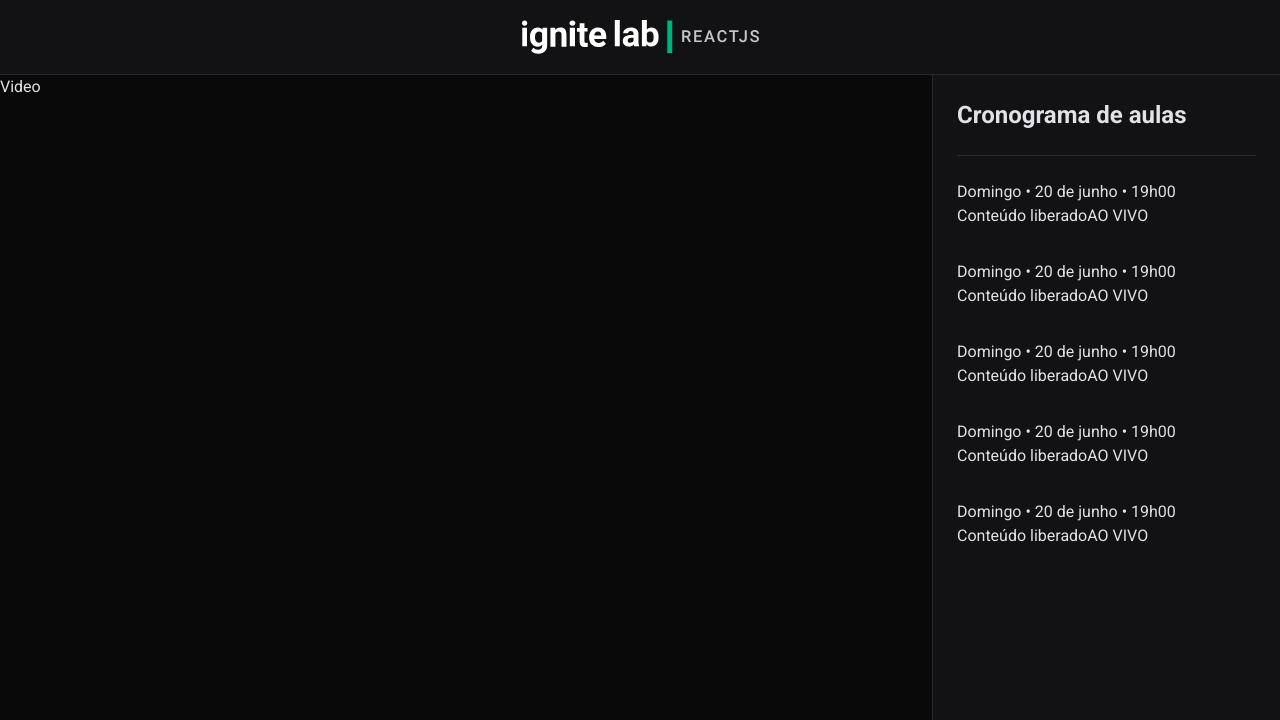
Repository: XFERRER7/Ignite-lab
Page: /
An editor plug-in stored every save of this project. The page is shown before and after the next save, followed by the edit.
The browser window is 1280 px wide. The pictures show the whole page.
The project was rebuilt for these pictures with package versions that can differ from the ones it lists, and the page was loaded fresh each time. Also part of the build but not shown: vite.config.ts.

Above is the page before, as saved 2022-06-23 07:16:31.

### index.html
<!DOCTYPE html>
<html>
  <head>
    <meta charset="UTF-8" />
    <link rel="icon" type="image/svg+xml" href="/src/favicon.svg" />
    <meta name="viewport" content="width=device-width, initial-scale=1.0" />
    <title>Event Platform</title>
    <link rel="preconnect" href="https://fonts.googleapis.com">
<link rel="preconnect" href="https://fonts.gstatic.com" crossorigin>
<link href="https://fonts.googleapis.com/css2?family=Roboto:wght@400;500;700&display=swap" rel="stylesheet">
  </head>
  <body>
    <div id="root"></div>
    <script type="module" src="/src/main.tsx"></script>
  </body>
</html>

### src/main.tsx
import { ApolloProvider } from '@apollo/client'
import React from 'react'
import ReactDOM from 'react-dom/client'
import App from './App'
import { client } from './lib/apollo'
import './styles/Global.css'

ReactDOM.createRoot(document.getElementById('root')!).render(
  <React.StrictMode>
    <ApolloProvider client={client}>
    <App />
    </ApolloProvider>
  </React.StrictMode>
)

### src/App.tsx
import { Header } from "./components/Header"
import { Lesson } from "./components/Lesson"
import { SideBar } from "./components/SideBar"
import { Video } from "./components/Video"
import { Event } from "./pages/Event"

function App() {

  return (
    <div>
      <Event/>
    </div>
  )
}

export default App

### src/lib/apollo.ts
import { ApolloClient, InMemoryCache } from "@apollo/client";

export const client = new ApolloClient({
  uri: 'https://api-sa-east-1.graphcms.com/v2/cl4oe0npq21lo01xi4o5e7kb5/master',
  cache: new InMemoryCache()
})

### src/styles/Global.css
@tailwind base;
@tailwind components;
@tailwind utilities;

body {
  @apply text-gray-100 bg-gray-900;
  -webkit-font-smoothing: antialiased;
}

### src/pages/Event.tsx
import React from 'react'
import { Header } from '../components/Header'
import { SideBar } from '../components/SideBar'
import { Video } from '../components/Video'

export const Event = () => {
  return (
    <>
    <div className='flex flex-col min-h-screen'>
      <Header/>
      <main className='flex flex-1'>
      <Video/>
      <SideBar/>
      </main>
    </div>

    </>
  )
}

### src/components/Header.tsx
import React from 'react'
import { Logo } from './Logo'

export const Header = () => {
  return (
    <header className='w-full py-5 flex items-center justify-center bg-gray-700 border-b border-gray-600'>
      <Logo/>
    </header>
  )
}

### src/components/SideBar.tsx
import React from 'react'
import { Lesson } from './Lesson'

export const SideBar = () => {
  return (
    <aside className='w-[348px] bg-gray-700 p-6 border-l border-gray-600'>
      <span className='font-bold text-2xl pb-6 mb-6 border-b border-gray-600 block'>Cronograma de aulas</span>

      <div className='flex flex-col gap-8'>
        <Lesson/>
        <Lesson/>
        <Lesson/>
        <Lesson/>
        <Lesson/>
      </div>
    </aside>
  )
}

### src/components/Video.tsx
import React from 'react'

export const Video = () => {
  return (
    <div className='flex-1'>Video</div>
  )
}

### src/components/Logo.tsx
import React from "react";

export function Logo() {
  return (
    <svg
      xmlns="http://www.w3.org/2000/svg"
      width="237"
      height="34"
      fill="none"
      viewBox="0 0 237 34"
    >
      <path
        fill="#fff"
        d="M.002 3.112a2.49 2.49 0 01.165-.987c.12-.314.304-.595.535-.83A2.906 2.906 0 012.615.572c.698 0 1.374.257 1.912.723.23.24.412.524.536.837a2.701 2.701 0 010 1.979 2.568 2.568 0 01-.536.837 2.889 2.889 0 01-1.907.723 2.901 2.901 0 01-1.908-.723 2.458 2.458 0 01-.538-.84 2.645 2.645 0 01-.172-.996zm4.96 23.146H.273V7.862h4.689v18.397zM8.012 16.973c0-2.853.686-5.145 2.055-6.883a6.653 6.653 0 015.528-2.606 5.869 5.869 0 014.802 2.09l.2-1.751h4.538v17.95a7.891 7.891 0 01-1.12 4.246 7.243 7.243 0 01-3.147 2.752 11.155 11.155 0 01-4.742.94c-1.378 0-2.74-.279-4.008-.812a7.08 7.08 0 01-2.946-2.11l2.208-3.02a5.905 5.905 0 004.543 2.08 4.356 4.356 0 003.104-1.059 3.938 3.938 0 001.103-2.993v-.994a5.775 5.775 0 01-4.555 1.935 6.647 6.647 0 01-3.05-.652 6.615 6.615 0 01-2.408-1.967c-1.397-1.752-2.085-4.089-2.085-6.942v-.21h-.025l.005.006zm4.997.355a6.723 6.723 0 001.026 3.956 3.233 3.233 0 002.799 1.443c.651.045 1.3-.088 1.878-.39a3.52 3.52 0 001.396-1.305v-7.825a3.448 3.448 0 00-1.374-1.305 3.504 3.504 0 00-1.86-.39 3.28 3.28 0 00-1.61.365 3.22 3.22 0 00-1.219 1.103c-.688.975-1.036 2.418-1.036 4.348zM33.098 7.833l.158 2.196a6.527 6.527 0 012.371-1.927 6.38 6.38 0 012.971-.62c1.97 0 3.438.597 4.39 1.79.953 1.194 1.456 2.936 1.486 5.293v12.249h-4.962V14.683a3.367 3.367 0 00-.684-2.344 3.086 3.086 0 00-1.069-.598 3.008 3.008 0 00-1.211-.13 3.349 3.349 0 00-1.821.454c-.553.32-1.01.794-1.313 1.367v13.37H28.45V7.845l4.647-.012zM47.512 3.112a2.304 2.304 0 01.185-.988 2.42 2.42 0 01.59-.831A3.439 3.439 0 0150.404.57c.772 0 1.52.256 2.117.723.508.486.792 1.142.792 1.826 0 .683-.284 1.34-.792 1.826a3.417 3.417 0 01-2.11.723c-.77 0-1.517-.257-2.11-.723a2.47 2.47 0 01-.594-.839 2.342 2.342 0 01-.19-.994h-.005zm5.483 23.149h-5.18V7.86h5.18v18.4zM62.454 3.334v4.612h3.107v3.677h-3.107v9.382c-.05.53.091 1.063.395 1.495a1.824 1.824 0 001.473.45c.476.002.95-.035 1.421-.114v3.803a9.672 9.672 0 01-2.939.449c-3.398 0-5.128-1.775-5.19-5.32V11.644h-2.642V7.968h2.643V3.356h4.841v-.025l-.002.003zM76.487 27.08a9.277 9.277 0 01-6.759-2.55c-1.74-1.699-2.605-3.957-2.605-6.797v-.494a11.295 11.295 0 011.098-5.08 8.141 8.141 0 013.111-3.465 8.72 8.72 0 014.59-1.22c2.577 0 4.62.815 6.098 2.449 1.478 1.633 2.226 3.94 2.226 6.929v2.055h-12.01a4.665 4.665 0 001.473 2.971 4.487 4.487 0 003.111 1.111 5.426 5.426 0 004.548-2.115l2.476 2.781a7.506 7.506 0 01-3.07 2.507 9.81 9.81 0 01-4.287.916v.002zm-.594-15.514a3.127 3.127 0 00-2.428 1.012 5.405 5.405 0 00-1.188 2.912h7.006v-.405a3.749 3.749 0 00-.908-2.608 3.252 3.252 0 00-2.45-.908h-.03l-.002-.003zM97.771 26.259h-4.957V0h4.957V26.26zM112.209 26.259c-.227-.444-.392-.997-.496-1.659-1.196 1.333-2.751 2.002-4.666 2.002-1.811 0-3.314-.523-4.504-1.572-1.191-1.049-1.786-2.372-1.786-3.966 0-1.96.725-3.464 2.179-4.513 1.453-1.049 3.553-1.58 6.3-1.59h2.273v-1.06c0-.854-.22-1.54-.659-2.051-.44-.513-1.131-.77-2.078-.77-.832 0-1.486.2-1.957.6-.474.4-.708.945-.708 1.64h-4.941c0-1.07.331-2.062.992-2.973.662-.91 1.597-1.626 2.804-2.144 1.206-.518 2.564-.778 4.069-.778 2.28 0 4.089.573 5.429 1.718 1.34 1.145 2.009 2.756 2.009 4.83v8.017c.012 1.754.256 3.082.735 3.983v.29h-4.992l-.003-.004zm-4.086-3.435c.728 0 1.402-.163 2.016-.486.614-.326 1.071-.76 1.367-1.308v-3.181h-1.846c-2.472 0-3.79.854-3.948 2.564l-.017.291c0 .614.217 1.123.649 1.523.434.4 1.026.6 1.779.6v-.003zM136.58 17.183c0 2.963-.632 5.273-1.898 6.931-1.265 1.659-3.032 2.488-5.3 2.488-2.006 0-3.608-.77-4.805-2.308l-.222 1.967h-4.444V.001h4.94v9.418c1.14-1.332 2.638-2 4.496-2 2.256 0 4.025.828 5.308 2.487 1.283 1.658 1.923 3.992 1.923 7v.274l.002.003zm-4.94-.358c0-1.868-.296-3.233-.889-4.094-.592-.861-1.475-1.29-2.65-1.29-1.572 0-2.655.643-3.247 1.932v7.299c.604 1.298 1.697 1.95 3.282 1.95 1.584 0 2.643-.788 3.146-2.36.239-.752.358-1.897.358-3.437z"
      ></path>
      <path
        fill="#C4C4CC"
        d="M164.51 17.501h-2.283v4.53h-2.048v-11.78h4.143c1.36 0 2.408.306 3.149.915.74.61 1.108 1.493 1.108 2.648 0 .787-.19 1.449-.57 1.98-.38.532-.911.94-1.59 1.226l2.646 4.906v.106h-2.194l-2.364-4.531h.003zm-2.283-1.65h2.105c.691 0 1.229-.176 1.619-.524.39-.348.582-.824.582-1.429 0-.604-.18-1.12-.538-1.466-.358-.345-.893-.523-1.606-.533h-2.162V15.85zM179.066 16.773h-4.839v3.625h5.656v1.634h-7.704V10.25h7.648v1.65h-5.6v3.253h4.839v1.62zM189.803 19.29h-4.565l-.955 2.744h-2.127l4.452-11.783h1.836l4.459 11.783h-2.137l-.963-2.744zm-3.99-1.65h3.415l-1.707-4.89-1.708 4.89zM204.716 18.197c-.119 1.256-.583 2.238-1.392 2.941-.81.703-1.885 1.056-3.228 1.056-.938 0-1.764-.222-2.48-.668-.715-.445-1.266-1.079-1.656-1.898-.387-.82-.589-1.772-.607-2.858v-1.1c0-1.11.198-2.09.59-2.937.392-.846.96-1.5 1.695-1.96.736-.458 1.587-.688 2.554-.688 1.301 0 2.347.353 3.139 1.057.792.703 1.254 1.7 1.385 2.99h-2.039c-.096-.846-.343-1.458-.74-1.833-.397-.375-.977-.563-1.745-.563-.89 0-1.574.326-2.05.977-.479.652-.721 1.605-.733 2.863v1.044c0 1.273.227 2.245.683 2.917.457.668 1.123 1.004 2.004 1.004.805 0 1.409-.18 1.814-.543.405-.363.661-.962.77-1.804h2.038l-.002.003zM216.481 11.902h-3.674v10.132h-2.031V11.902h-3.642V10.25h9.347v1.65zM222.759 10.251h2.039v8.262c0 1.127-.353 2.023-1.057 2.687-.703.664-1.633.995-2.788.995-1.229 0-2.179-.311-2.848-.93-.669-.62-1.004-1.484-1.004-2.59h2.038c0 .627.156 1.096.467 1.412.31.316.76.474 1.347.474.55 0 .989-.183 1.315-.545.326-.366.489-.867.489-1.51V10.25h.002zM234.952 18.999c0-.518-.183-.918-.545-1.197-.363-.279-1.022-.563-1.972-.849-.95-.286-1.705-.604-2.265-.955-1.074-.674-1.612-1.555-1.612-2.638 0-.95.388-1.732 1.163-2.347.774-.614 1.779-.922 3.015-.922.819 0 1.55.15 2.194.454a3.597 3.597 0 011.513 1.29c.367.558.55 1.177.55 1.858h-2.038c0-.614-.193-1.095-.578-1.443-.385-.348-.938-.524-1.656-.524-.668 0-1.189.144-1.557.43-.37.286-.555.686-.555 1.197 0 .432.2.792.6 1.08.399.29 1.056.57 1.974.842.918.271 1.653.582 2.208.93.556.348.963.748 1.222 1.197.259.452.387.977.387 1.582 0 .982-.375 1.762-1.127 2.342-.753.58-1.775.87-3.063.87a5.755 5.755 0 01-2.352-.473c-.715-.316-1.27-.75-1.668-1.308-.397-.555-.594-1.204-.594-1.942h2.048c0 .669.222 1.187.664 1.555.441.367 1.075.55 1.902.55.713 0 1.246-.143 1.607-.432.357-.288.538-.671.538-1.145l-.003-.002z"
      ></path>
      <path fill="#00B37E" d="M150.271 33.146h-4.958V.57h4.958v32.576z"></path>
    </svg>
  );
}

### src/components/Lesson.tsx
import React from 'react'

export const Lesson = () => {
  return (
    <div>
      <span>
        Domingo • 20 de junho • 19h00
      </span>
      <div>
        <header>
          <span>
            Conteúdo liberado
          </span>
          <span>
            AO VIVO
          </span>
        </header>
        <span>

        </span>
      </div>
    </div>
  )
}

### tailwind.config.js
/** @type {import('tailwindcss').Config} */
module.exports = {
  content: [
    './src/**/*.tsx'
  ],
  theme: {
    extend: {
      fontFamily: {
        sans: 'Roboto, sans-serif'
      },
      colors: {
        green: {
          300: '#00B37E',
          500: '#00875F',
          700: '#015F43',
        },
        blue: {
          500: '#81D8F7',
        },
        orange: {
          500: '#FBA94C',
        },
        red: {
          500: '#F75A68',
        },
        gray: {
          100: '#E1E1E6',
          200: '#C4C4CC',
          300: '#8D8D99',
          500: '#323238',
          600: '#29292E',
          700: '#121214',
          900: '#09090A'
        }
      }
    },
  },
  plugins: [],
}

After the next save:
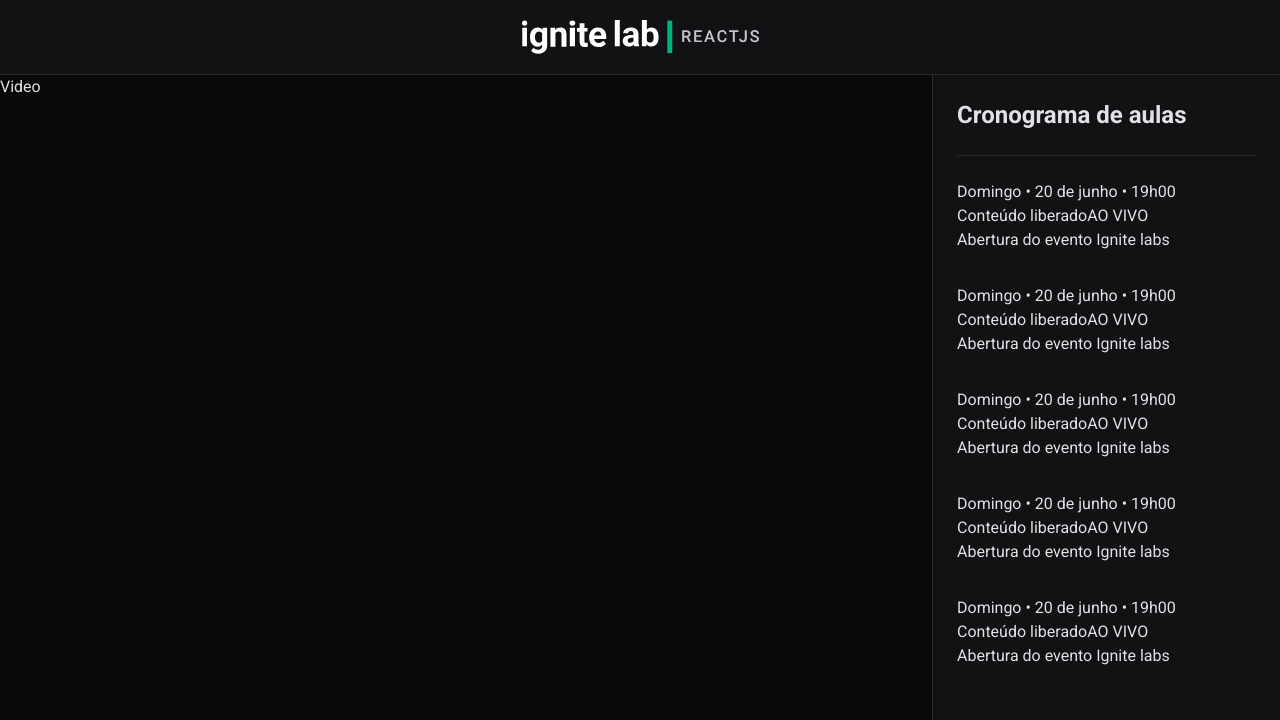
Saved 15 s later.
--- a/src/components/Lesson.tsx
+++ b/src/components/Lesson.tsx
@@ -16,7 +16,7 @@
           </span>
         </header>
         <span>
-
+          Abertura do evento Ignite labs
         </span>
       </div>
     </div>
